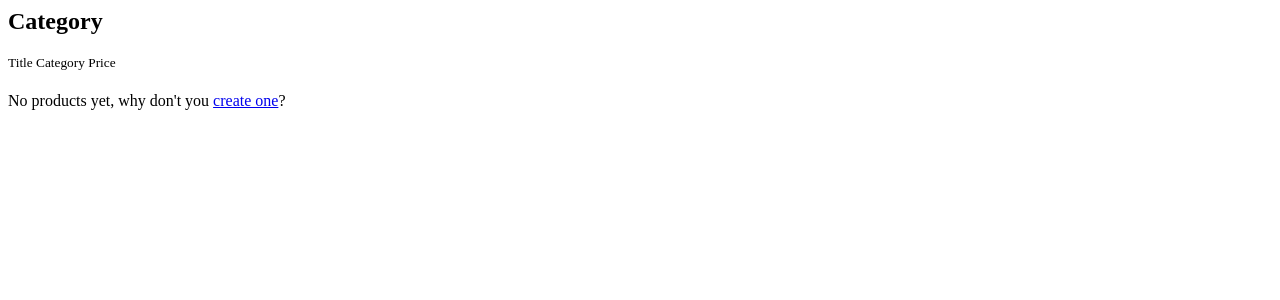
Repository: ssomnoremac/mean
Page: public/modules/products/views/list-category.client.view.html
The author's editor kept a record of every edit. The page is drawn from the files as they stood at one moment, then again after the next edit.
The browser window is 1280 px wide. The pictures show the whole page.

Above is the page before.

### public/modules/products/views/list-category.client.view.html
<section data-ng-controller="CategoryController" data-ng-init="find()">
	<div class="page-header">
		<h1>Category</h1>
	</div>
	<div class="list-group">
		<a data-ng-repeat="category in categories" data-ng-href="#" class="list-group-item">
			<small class="list-group-item-text">
				Title
				<span data-ng-bind="category.title"></span>
			</small>
			<small class="list-group-item-text">
				Category
				<span data-ng-bind="product.category"></span>
			</small>
			<small class="list-group-item-text">
				Price
				<span data-ng-bind="product.pricing.retail"></span>
			</small>
			<h4 class="list-group-item-heading" data-ng-bind="product.title"></h4>
			<p class="list-group-item-text" data-ng-bind="product.content"></p>
		</a>
	</div>
	<!-- Below doesn't work -->
	<div class="alert alert-warning text-center" data-ng-if="products.$resolved && !products.length">
		No products yet, why don't you <a href="/#!/products/create">create one</a>?
	</div>
</section>

After the next edit:
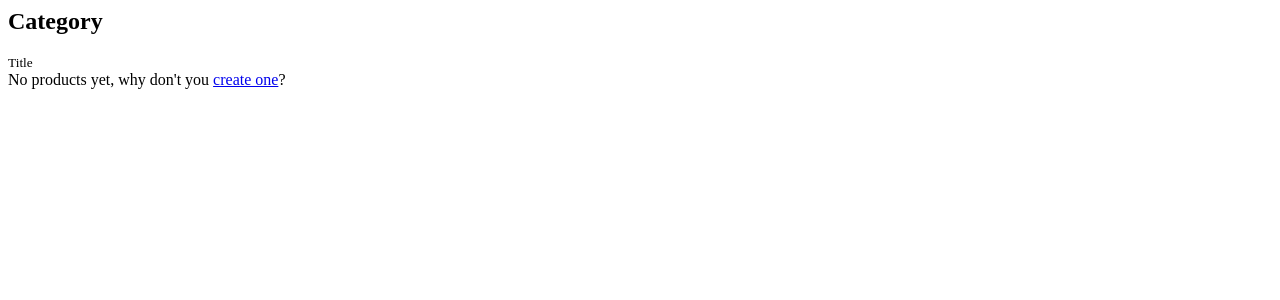
The edit:
--- a/public/modules/products/views/list-category.client.view.html
+++ b/public/modules/products/views/list-category.client.view.html
@@ -8,16 +8,6 @@
 				Title
 				<span data-ng-bind="category.title"></span>
 			</small>
-			<small class="list-group-item-text">
-				Category
-				<span data-ng-bind="product.category"></span>
-			</small>
-			<small class="list-group-item-text">
-				Price
-				<span data-ng-bind="product.pricing.retail"></span>
-			</small>
-			<h4 class="list-group-item-heading" data-ng-bind="product.title"></h4>
-			<p class="list-group-item-text" data-ng-bind="product.content"></p>
 		</a>
 	</div>
 	<!-- Below doesn't work -->
